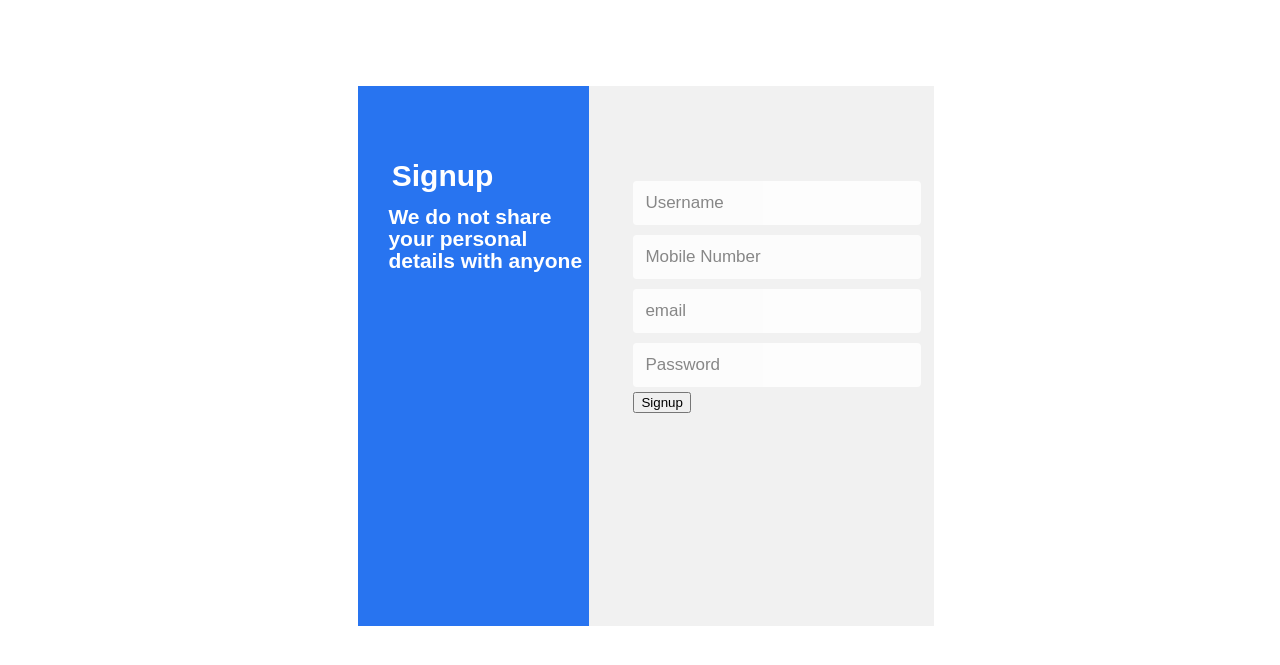
Repository: mihirhpanchal/Java-OnlineShopping
Page: http://localhost/shopping/jsp/signup.jsp
The author's editor kept a copy of each file at every save. The page is drawn from the files as they stood at one save, then again after the next save.
The browser window is 1280 px wide. The pictures show the whole page.
The page is served by Tomcat 9.

Above is the page before, as saved 2019-11-20 09:37:03.

After the next save:
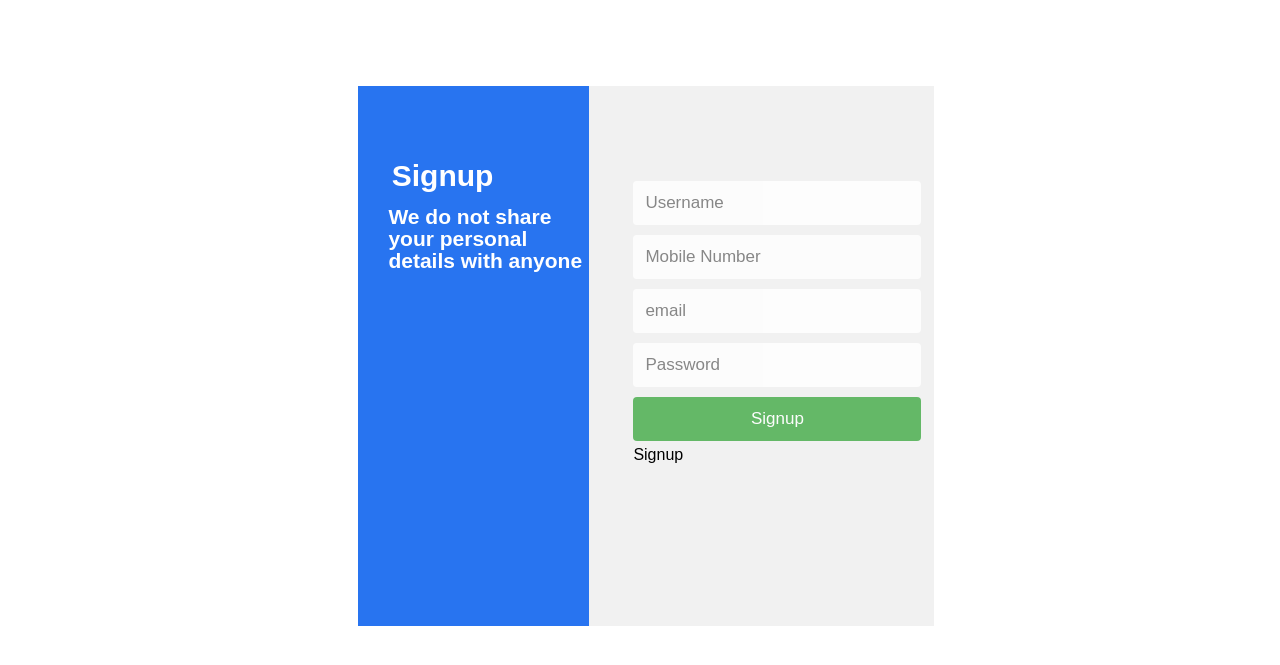
Saved 3 min 41 s later.
--- a/backs/shopdir/shopping/src/main/webapp/jsp/signup.jsp
+++ b/backs/shopdir/shopping/src/main/webapp/jsp/signup.jsp
@@ -56,7 +56,7 @@ input:hover,
 	 <input type="text" name="Mobile Number" placeholder="Mobile Number" required>
 	 <input type="text" name="email" placeholder="email" required>
         <input type="password" name="password" placeholder="Password" required>
-        <button type="submit">Signup</button>
+        <input type="submit" value="Signup">Signup</button>
         <!-- <input type="submit" value="Signup"> -->
 </form>
 	</div>
